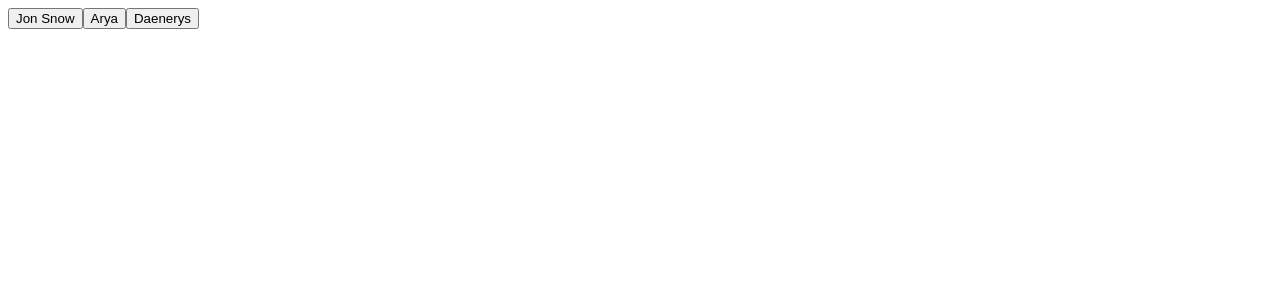
Repository: dsaftler/GifTastic
Page: index.html
These files come from the project's save history. The page is drawn as it stood at one moment and after the next save; the edit follows.
The browser window is 1280 px wide. The pictures show the whole page.
Some web libraries are served in a nearby version.

Above is the page before, as saved 2019-04-18 15:11:53.

### index.html
<!DOCTYPE html>
<html lang="en">
<head>
    <!-- meta tags -->
    <meta http-equiv="content-type" content="text/html; charset=utf-8">
    <meta name="viewport" content="width=device-width, initial-scale=1.0">
    <!-- bootstrap -->

    <!-- custom css -->
    <link rel="stylesheet" href="assets/CSS/style.css" type="text/css">

  <title>GOT Giffy</title>
</head>
<body>
<div class="container">
  <div class="btnsDiv">

  </div>

</div>
<!-- <iframe src="https://giphy.com/embed/26FmPX0RBmzdY2HmM" width="480" height="239" frameBorder="0" class="giphy-embed"
  allowFullScreen></iframe>
<p><a href="https://giphy.com/gifs/gameofthrones-game-of-thrones-hbo-26FmPX0RBmzdY2HmM">via GIPHY</a></p> -->
<!-- bootstrap scripts -->
 <script src="https://cdnjs.cloudflare.com/ajax/libs/jquery/3.2.1/jquery.min.js"></script>
<script src="https://cdnjs.cloudflare.com/ajax/libs/popper.js/1.14.7/umd/popper.min.js"
  integrity="sha384-UO2eT0CpHqdSJQ6hJty5KVphtPhzWj9WO1clHTMGa3JDZwrnQq4sF86dIHNDz0W1" crossorigin="anonymous"></script>
<script src="https://stackpath.bootstrapcdn.com/bootstrap/4.3.1/js/bootstrap.min.js"
  integrity="sha384-JjSmVgyd0p3pXB1rRibZUAYoIIy6OrQ6VrjIEaFf/nJGzIxFDsf4x0xIM+B07jRM" crossorigin="anonymous"></script>
<script src="assets/Javascript/app.js"></script>

</body>
</html>

### assets/CSS/style.css
body {
  background-image: "assets/images/ezgif.com-resize.webp"
}

### assets/Javascript/app.js
// var topics=["Jon Snow","Sansa","Cersei","Arya","Daenerys","Jaime","Catelyn"];
var topics = ["Jon Snow",  "Arya", "Daenerys"];
var topic, newBtn, i
//$("button").on("click", getGif());

$(function () {
  createButtons();
 //$("button").on("click", getGif());

});

function createButtons() {
  for (let i=0; i<topics.length; i++) {
    topic=topics[i]
    btnId ='topicbtn_' + i
    var newBtn=$('<button/>', {
      text: topic,
      id: btnId,
      });
    $("#btnId").attr('onClick', 'getGif(this);');
    $("#btnId").addClass('btn');
    $(".btnsDiv").append(newBtn);
    };

   // $("#btnId").attr('data-person'=topic);
    // $("newBtn").removeAttr('onclick');
    // $("newBtn").attr('onClick','getGif(this);');

    // $(".btnsDiv").append(newBtn);
  }

    $(".btn").on("click", getGif()) ;
  // {
  //     console.log($(this).text());
  //   });
  // $(".btn").on("click", function () {
  //   console.log($(this).text());
  // });
  // $("button").on("click", function () {
  //   console.log($(this).text());
  // });


function getGif(){
//alert("clicked " + myTopic)
   myTopic = "test";
  // myTopic = $(this).text;

  alert("clicked "+myTopic );
  //app.jstopic='Jon Snow';
  // var queryURL = "https://api.giphy.com/v1/gifs/search?q=" +
  //   topic + "&api_key=dc6zaTOxFJmzC&limit=10";
  // $.ajax({
  //   url: queryURL,
  //   method: "GET"
  // })
  //   .then(function (response) {
  //     // Storing an array of results in the results variable
  //     var results = response.data;
  //   console.log(results);
  // });
}

After the next save:
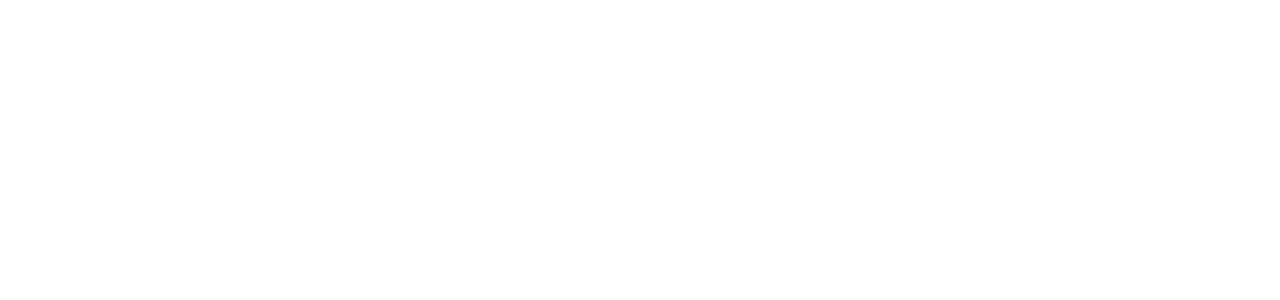
Console error: SyntaxError: Unexpected string
Saved 2 min 13 s later.
--- a/assets/Javascript/app.js
+++ b/assets/Javascript/app.js
@@ -17,7 +17,7 @@
       text: topic,
       id: btnId,
       });
-    $("#btnId").attr('onClick', 'getGif(this);');
+    // $("#btnId").attr('onClick', 'getGif(this);');
     $("#btnId").addClass('btn');
     $(".btnsDiv").append(newBtn);
     };
@@ -29,7 +29,7 @@
     // $(".btnsDiv").append(newBtn);
   }
 
-    $(".btn").on("click", getGif()) ;
+    $(".btn").on("click", {alert('Click')}) ;
   // {
   //     console.log($(this).text());
   //   });

After the save that followed:
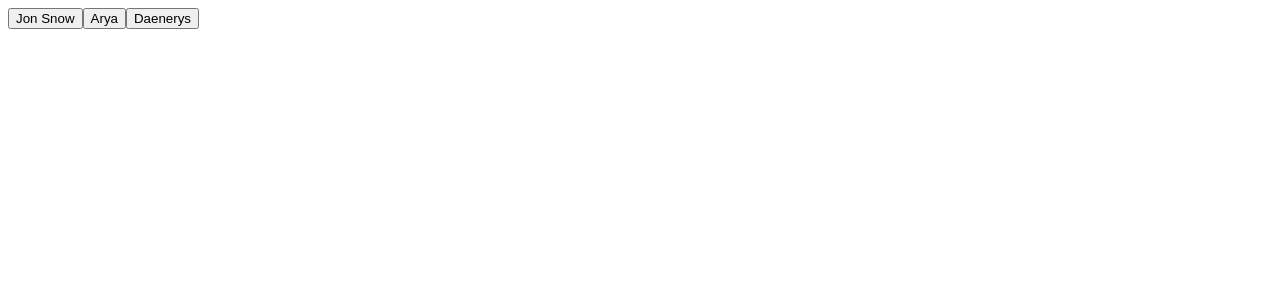
The error is gone.
Saved 2 min 19 s later.
--- a/assets/Javascript/app.js
+++ b/assets/Javascript/app.js
@@ -29,7 +29,7 @@
     // $(".btnsDiv").append(newBtn);
   }
 
-    $(".btn").on("click", {alert('Click')}) ;
+$(".btn").on("click", getGif()) ;
   // {
   //     console.log($(this).text());
   //   });
